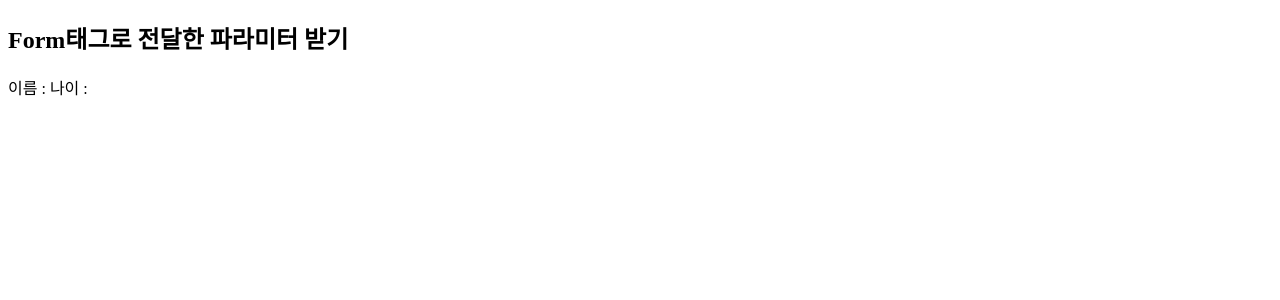
Repository: saeeeem2/2023JSTL
Page: http://localhost/jstl_study/step-3.jsp
An editor plug-in stored every save of this project. The page is shown before and after the next save, followed by the edit.
The browser window is 1280 px wide. The pictures show the whole page.
The page is served by Tomcat 9.

Above is the page before, as saved 2023-11-22 05:07:06.

After the next save:
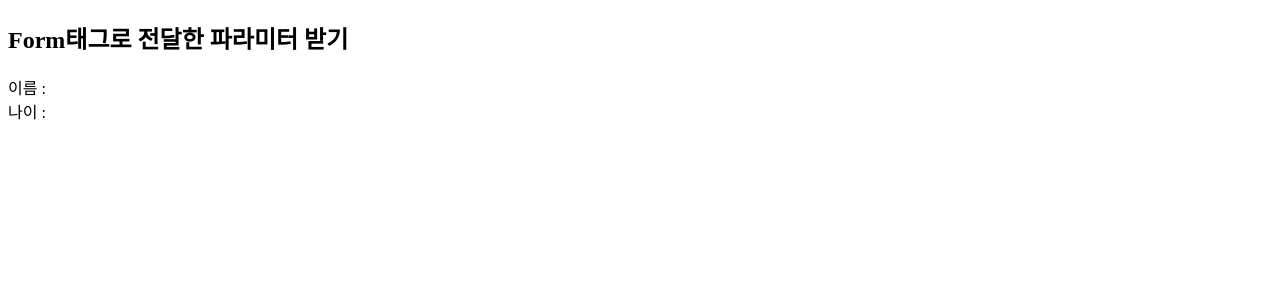
Saved 54 s later.
--- a/jstl_study/src/main/webapp/step-3.jsp
+++ b/jstl_study/src/main/webapp/step-3.jsp
@@ -9,12 +9,12 @@
 </head>
 <body>
 <h2>Form태그로 전달한 파라미터 받기</h2>
-	이름 : ${param.name }
-	나이 : ${param.age }
+	이름 : ${param.name }<br>
+	나이 : ${param.age }<br>
 
 <!-- c:if로 나이가 18세 미만이면 미성년자 입니다.라고 출력 -->
 <c:if test="${param.age <18}">
-${param.name }은 미성년자 입니다.
+<h2>${param.name }은 미성년자 입니다.</h2>
 </c:if>
 </body>
 </html>
